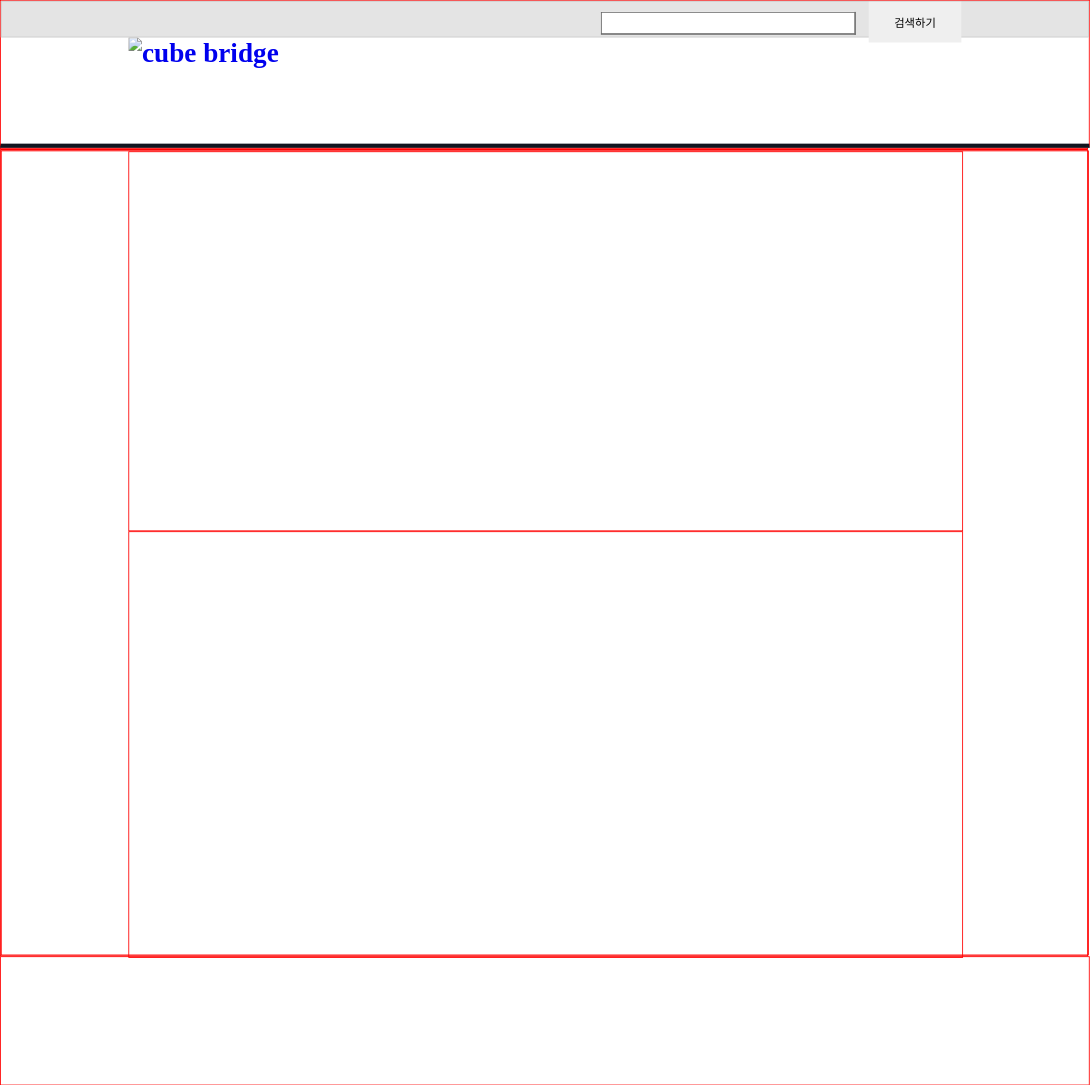
Repository: jungsoon-kim/home_study
Page: study/webzine.html
The author's editor kept a copy of each file at every save. The page is drawn from the files as they stood at one save, then again after the next save.
The browser window is 1280 px wide. The page is 1282 px wide, so the pictures cover 1282 px, including what lies to the right of the window. The pictures show the whole page, at 85% of full size.

Above is the page before, as saved 2015-09-14 14:36:42.

After the next save:
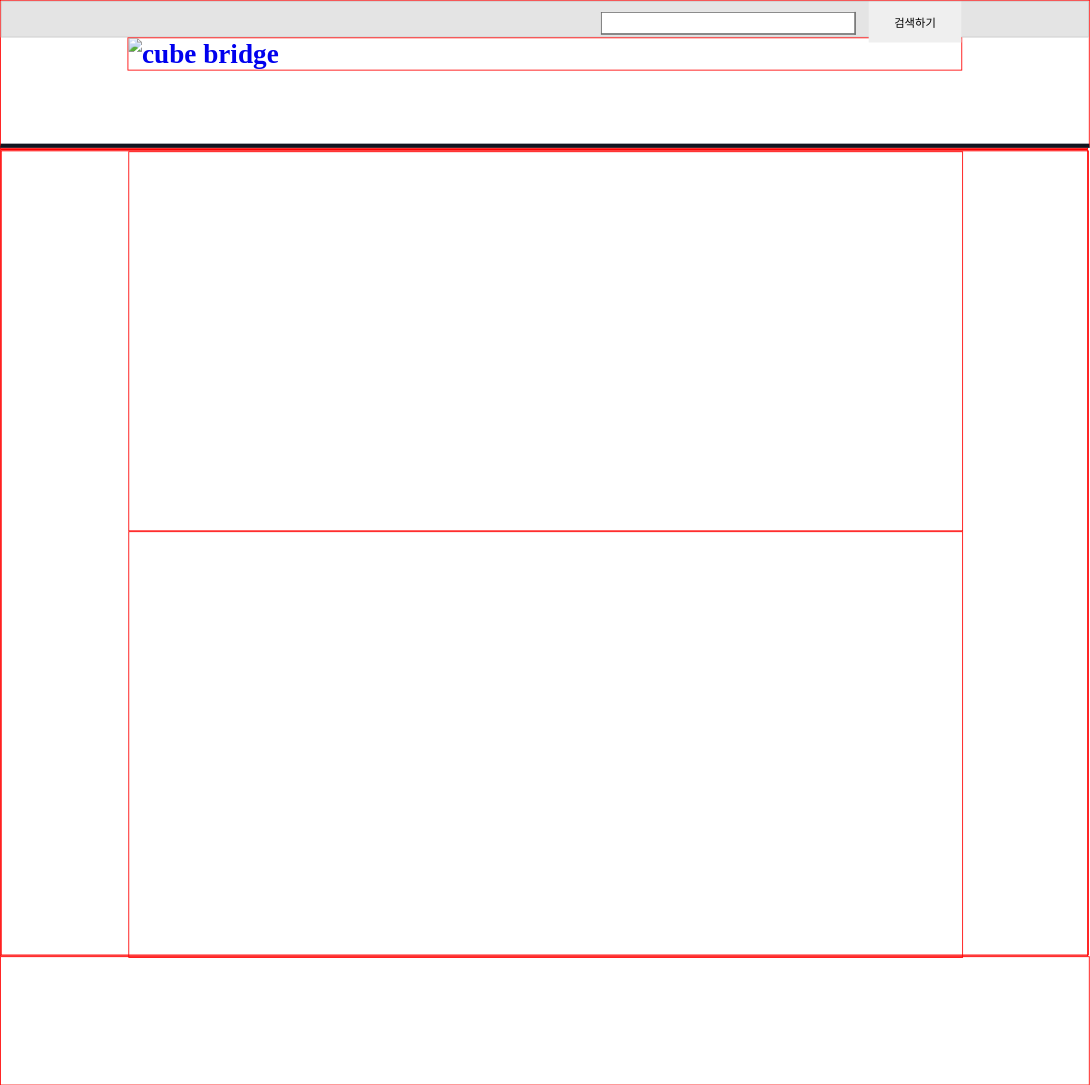
Saved 83 s later.
--- a/study/webzine.html
+++ b/study/webzine.html
@@ -19,7 +19,7 @@
 					</div><!--common wrap[ex]-->
 
 				</div><!--header-top[ex]-->
-			<div class="wrap">
+			<div class="wrap bd">
 				<h1><a href="#"><img src="" alt="cube bridge" /></a></h1>
 
 			</div><!--common wrap[ex]-->
